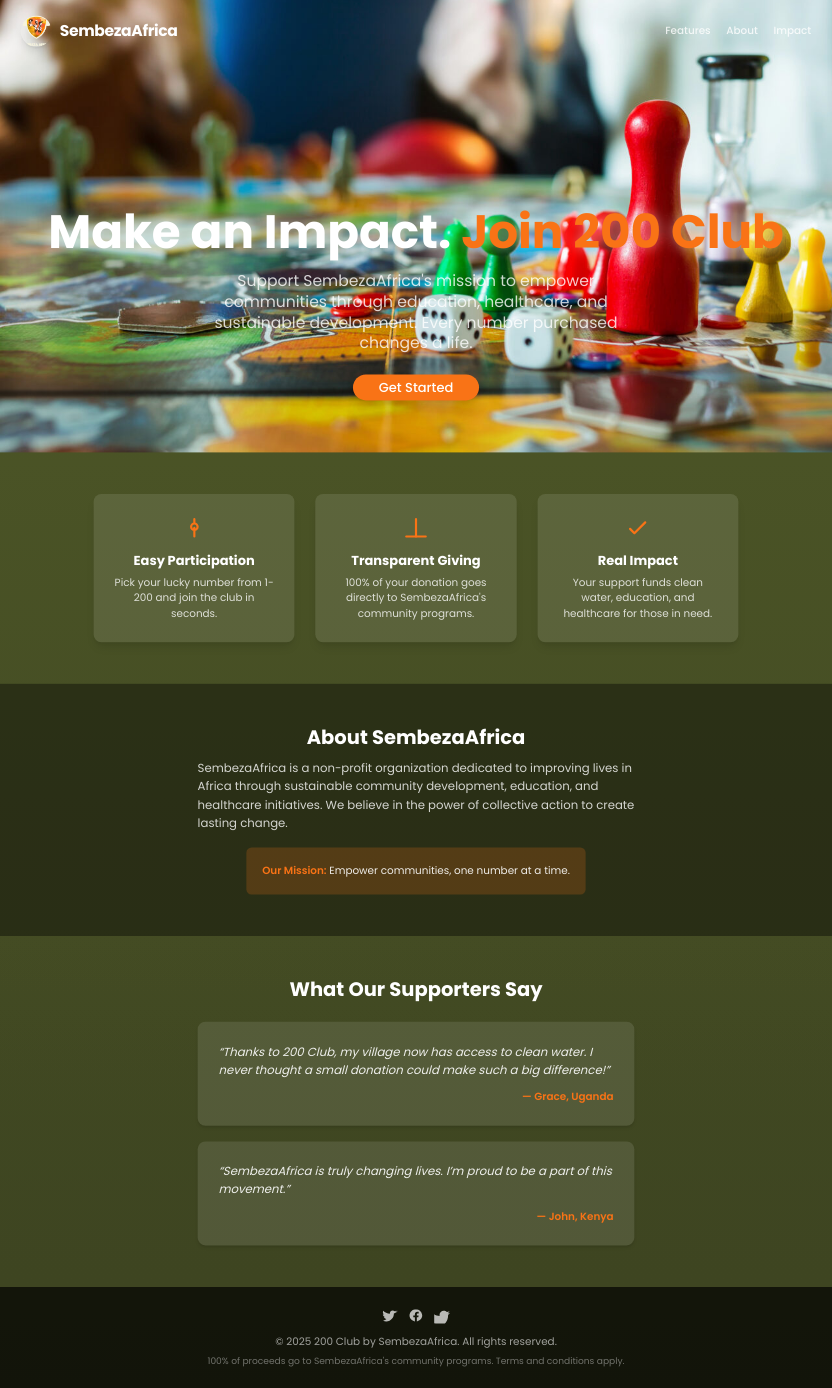
Repository: kaizoku010/200club
Page: /
These files come from the project's save history. The page is drawn as it stood at one moment and after the next save; the edit follows.
The browser window is 1280 px wide. The pictures show the whole page, at 65% of full size.
Backgrounds fixed to the window are drawn as part of the page. The project was rebuilt for these pictures with package versions that can differ from the ones it lists, and the page was loaded fresh each time. Also part of the build but not shown: vite.config.ts, src/components/ui/tooltip.tsx, src/components/Header.tsx, src/services/soundService.ts, src/components/NumberGrid.tsx, src/components/ui/use-toast.ts, src/components/ui/sound-button.tsx, src/components/RandomizeButton.tsx and 13 more.

Above is the page before, as saved 2025-06-10 10:44:52.

After the next save:
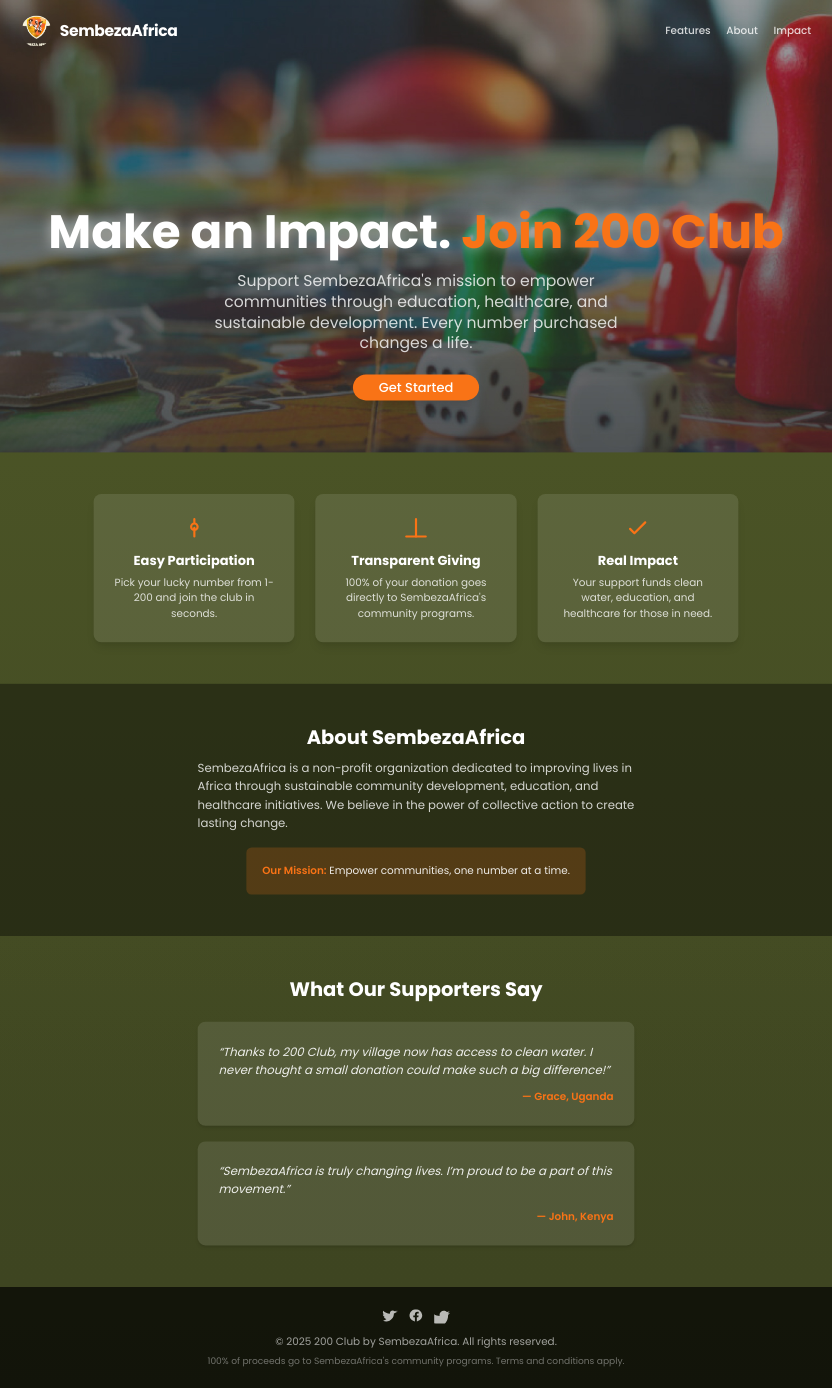
Saved 3 min 25 s later.
--- a/src/pages/main.css
+++ b/src/pages/main.css
@@ -4,7 +4,7 @@
 } */
 
 #hero-section{
-    background: url('../imgs/bg2.jpeg') no-repeat center center fixed;
+    background: url('../imgs/bg2.jpg') no-repeat center center fixed;
 }
 
 #nav{
